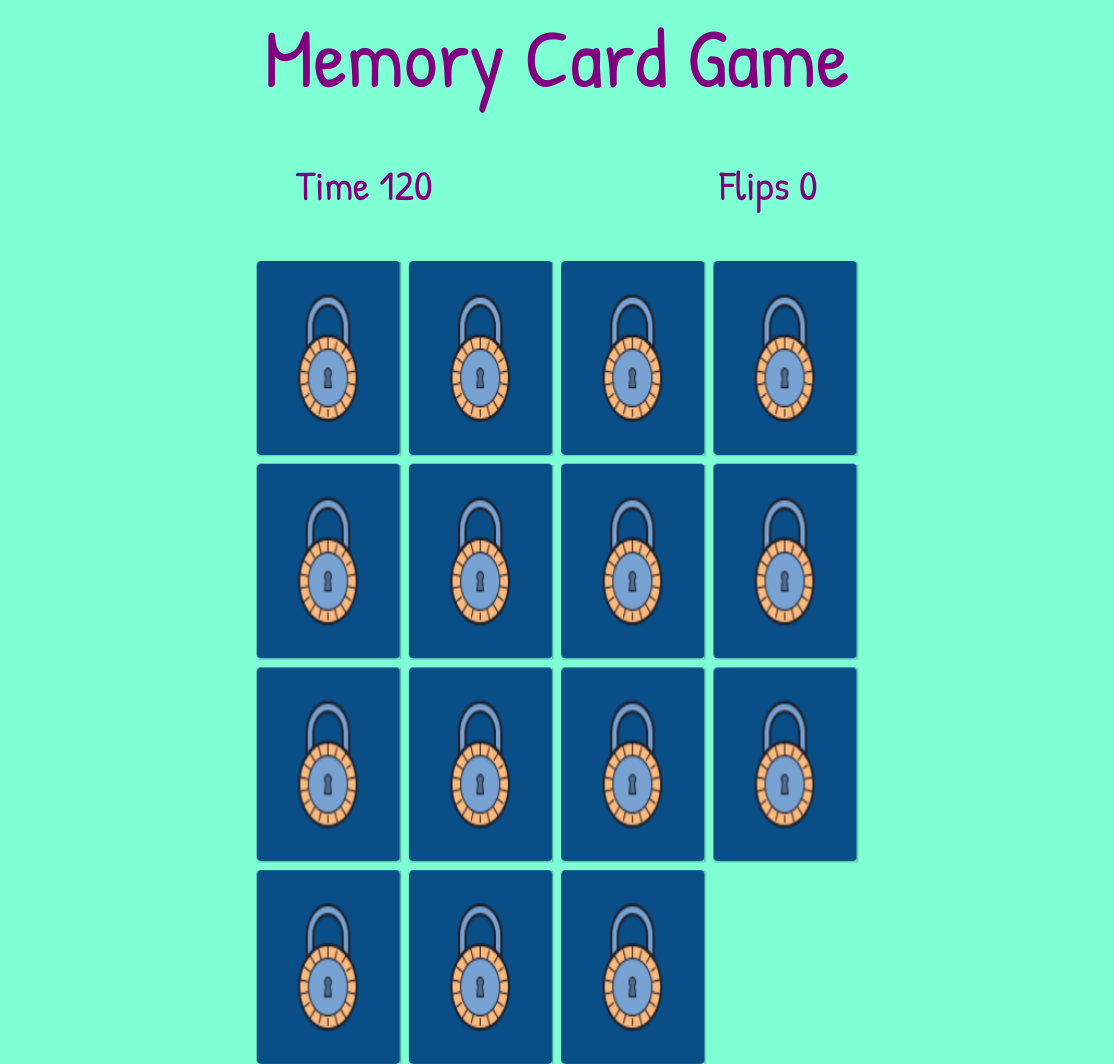
Repository: claudiadanaila1/Project-2--Interactive-FrontEnd---Memory-game
Page: index.html
The author's editor kept a record of every edit. The page is drawn from the files as they stood at one moment, then again after the next edit.
The browser window is 1280 px wide. The pictures show the whole page, at 87% of full size.

Above is the page before.

### index.html
<!DOCTYPE html>
<html lang="en">
<head>
    <meta charset="UTF-8">
    <meta name="viewport" content="width=device-width, initial-scale=1.0">
    <meta http-equiv="X-UA-Compatible" content="ie=edge">
    <link rel="stylesheet" href="css/style.css" type="text/css" />
    <title>Memory Card Game</title>
</head>
<body>
    <h1 class="title">Memory Card Game</h1>

    <div class="game-info-container">
      <div class="game-info">
        Time <span id="time-remaining">120</span>
      </div>
      <div class="game-info">
        Flips <span id="flips">0</span>
      </div>
    </div>

  <section class="memory-game">
      <div class="memory-card">
          <img class="card-front" src="assets/images/jelly1.jpg" alt="jelly-fish"/>
          <img class="card-back"  src="assets/images/icon8-lock.png" alt="lock" />
      </div>
      <div class="memory-card">
          <img class="card-front" src="assets/images/jelly1.jpg" alt="jelly-fish"/>
          <img class="card-back"  src="assets/images/icon8-lock.png" alt="lock" />
      </div>
      <div class="memory-card">
          <img class="card-front" src="assets/images/jelly2.jpg" alt="jelly-fish"/>
          <img class="card-back"  src="assets/images/icon8-lock.png" alt="lock" />
      </div>
      <div class="memory-card">
          <img class="card-front" src="assets/images/jelly2.jpg" alt="jelly-fish"/>
          <img class="card-back"  src="assets/images/icon8-lock.png" alt="lock" />
      </div>
      <div class="memory-card">
          <img class="card-front" src="assets/images/jelly3.jpg" alt="jelly-fish"/>
          <img class="card-back"  src="assets/images/icon8-lock.png" alt="lock" />
      </div>
      <div class="memory-card">
          <img class="card-front" src="assets/images/jelly3.jpg" alt="jelly-fish"/>
          <img class="card-back"  src="assets/images/icon8-lock.png" alt="lock" />
      </div>
      <div class="memory-card">
          <img class="card-front" src="assets/images/jelly4.jpg" alt="jelly-fish"/>
          <img class="card-back"  src="assets/images/icon8-lock.png" alt="lock" />
      </div>
      <div class="memory-card">
          <img class="card-front" src="assets/images/jelly4.jpg" alt="jelly-fish"/>
          <img class="card-back"  src="assets/images/icon8-lock.png" alt="lock" />
      </div>
      <div class="memory-card">
          <img class="card-front" src="assets/images/jelly5.jpg" alt="jelly-fish"/>
          <img class="card-back"  src="assets/images/icon8-lock.png" alt="lock" />
      </div>
      <div class="memory-card">
          <img class="card-front" src="assets/images/jelly5.jpg" alt="jelly-fish"/>
          <img class="card-back"  src="assets/images/icon8-lock.png" alt="lock" />
      </div>
      <div class="memory-card">
          <img class="card-front" src="assets/images/jelly6.jpg" alt="jelly-fish"/>
          <img class="card-back"  src="assets/images/icon8-lock.png" alt="lock" />
      </div>
      <div class="memory-card">
          <img class="card-front" src="assets/images/jelly6.jpg" alt="jelly-fish"/>
          <img class="card-back"  src="assets/images/icon8-lock.png" alt="lock" />
      </div>
      <div class="memory-card">
          <img class="card-front" src="assets/images/jelly7.jpg" alt="jelly-fish"/>
          <img class="card-back"  src="assets/images/icon8-lock.png" alt="lock" />
      </div>
       <div class="memory-card">
          <img class="card-front" src="assets/images/jelly7.jpg" alt="jelly-fish"/>
          <img class="card-back"  src="assets/images/icon8-lock.png" alt="lock" />
      </div>
      <div class="memory-card">
          <img class="card-front" src="assets/images/jelly8.jpg" alt="jelly-fish"/>
          <img class="card-back"  src="assets/images/icon8-lock.png" alt="lock" />
      </div>

  </section>

</body>
</html>

### css/style.css
@import url('https://fonts.googleapis.com/css?family=Patrick+Hand&display=swap');


* {
    padding:0;
    margin:0;
    box-sizing: border-box;
}

html {
   height: 100vh;
    display: flex;
    background-color:aquamarine;
}

body{
    margin:auto;
    justify-content:center;
}

.title {
    font-family:"Patrick Hand", sans-serif;
    font-size: 6em;
    text-align: center;
    font-weight: normal;
    color:purple;
}

.game-info-container {
    grid-column: 1/-1;
    justify-content: space-between;
    display: flex;
    margin:50px;
}

.game-info {
    font-family: "Patrick Hand", sans-serif;
    font-size:3em;
    color:purple;
}

.memory-game {
    height:700px;
    width:700px;
    margin:auto;
    display:flex;
    flex-wrap: wrap;
    perspective:1000px;
}

.memory-card {
  width: calc(25% - 10px);
  height: calc(33.333% - 10px);
  margin: 5px;
  position: relative;
  transform: scale(1);
  transform-style: preserve-3d;
  transition: transform .5s;
  box-shadow: 1px 1px 1px rgba(0,0,0,.3);
}

.memory-card:active {
  transform: scale(0.96);
  transition: transform .3s;
}

.memory-card.flip {
  transform: rotateY(180deg);
}

.card-front,
.card-back {
  width: 100%;
  height: 100%;
  padding: 20px;
  position: absolute;
  border-radius: 5px;
  background: #0a4e88;
  backface-visibility: hidden;
}

.card-front {
  transform: rotateY(180deg);
}

After the next edit:
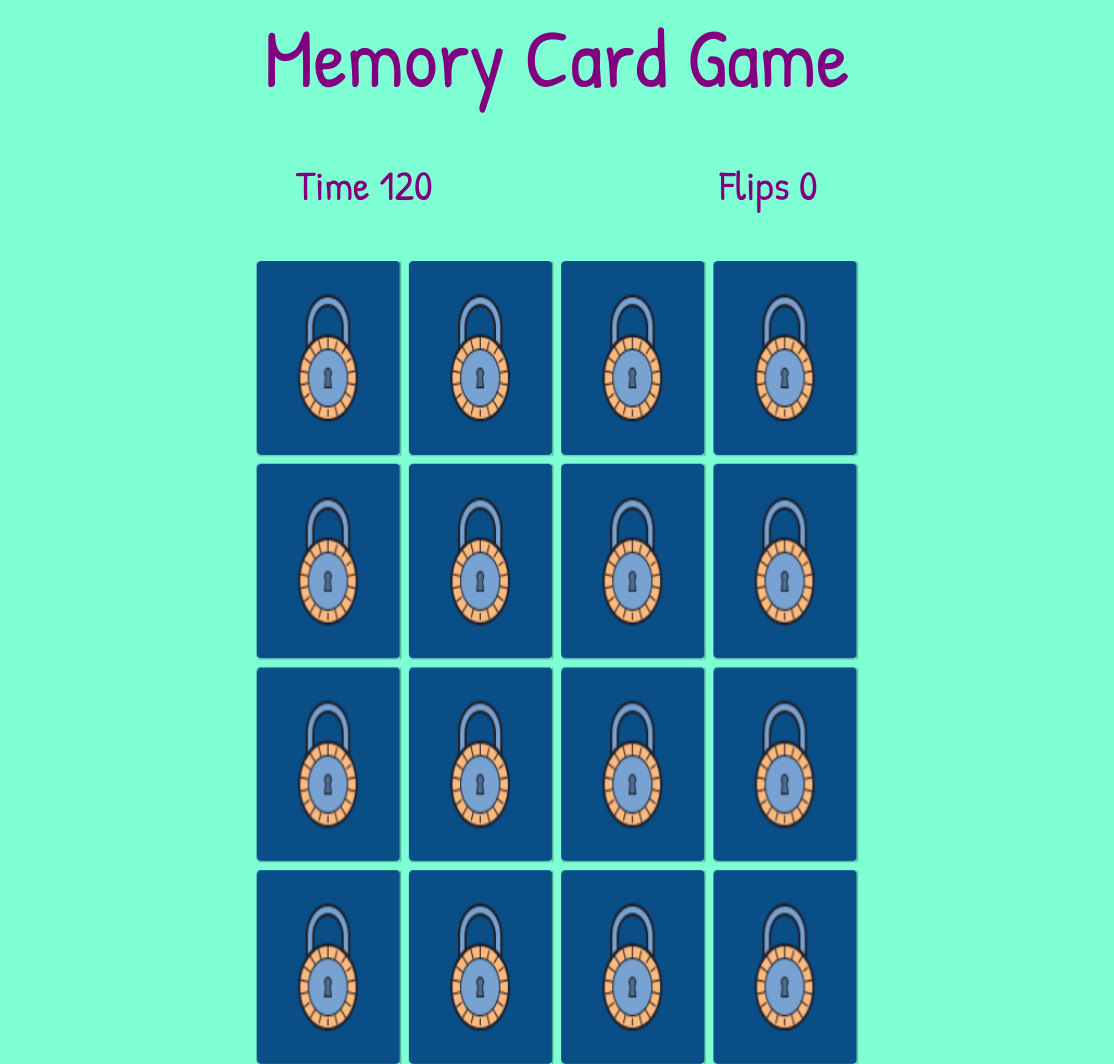
The edit:
--- a/index.html
+++ b/index.html
@@ -80,6 +80,10 @@
           <img class="card-front" src="assets/images/jelly8.jpg" alt="jelly-fish"/>
           <img class="card-back"  src="assets/images/icon8-lock.png" alt="lock" />
       </div>
+      <div class="memory-card">
+          <img class="card-front" src="assets/images/jelly8.jpg" alt="jelly-fish"/>
+          <img class="card-back"  src="assets/images/icon8-lock.png" alt="lock" />
+      </div>
 
   </section>
 
